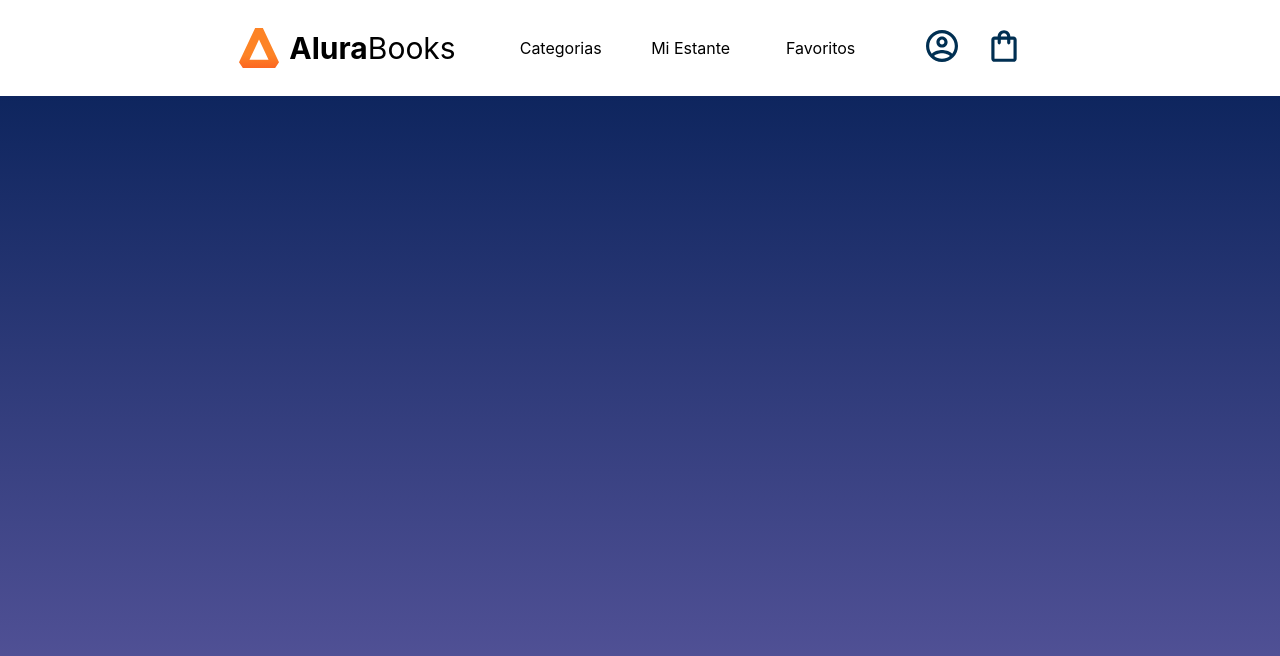
Repository: SandroG1977/Alura.Books
Page: /
The author's editor kept a copy of each file at every save. The page is drawn from the files as they stood at one save, then again after the next save.
The browser window is 1280 px wide. The pictures show the whole page.
The project was rebuilt for these pictures with package versions that can differ from the ones it lists, and the page was loaded fresh each time.

Above is the page before, as saved 2026-04-08 07:53:54.

After the next save:
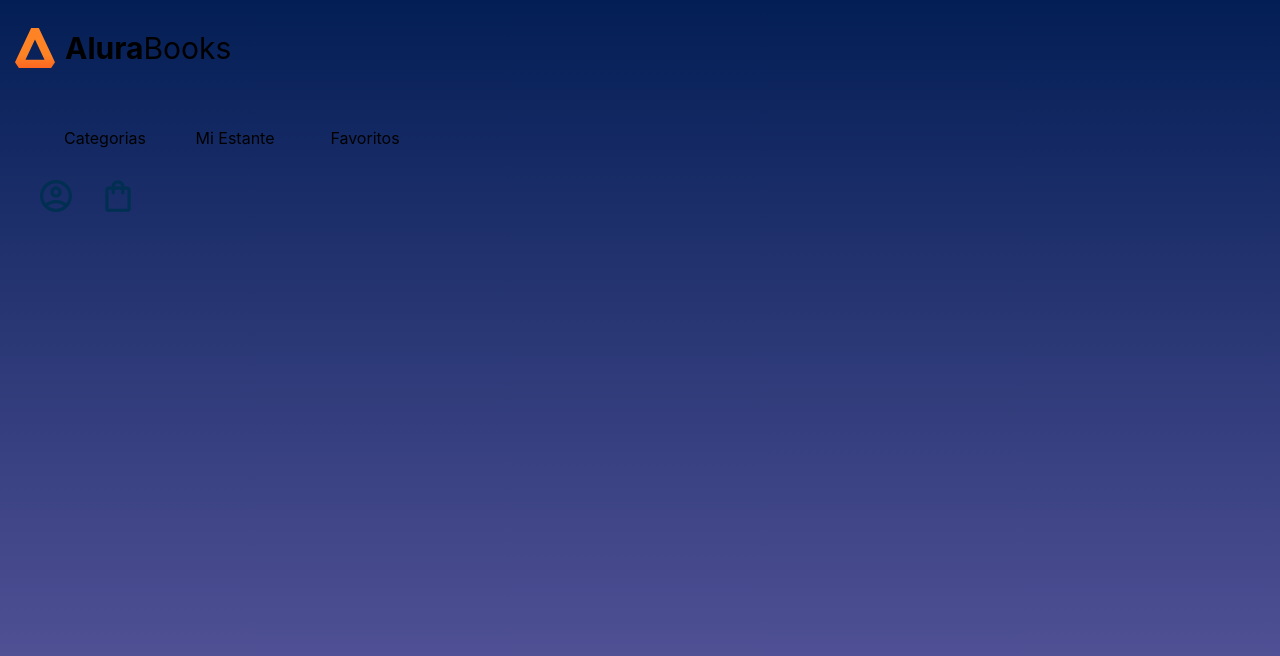
Saved 5 min 20 s later.
--- a/src/App.css
+++ b/src/App.css
@@ -4,11 +4,6 @@
 
 }
 
-.App-header {
-  background-color: white;
-  display: flex;
-  justify-content: center;
-}
 
 li{
     list-style: none;

After the save that followed:
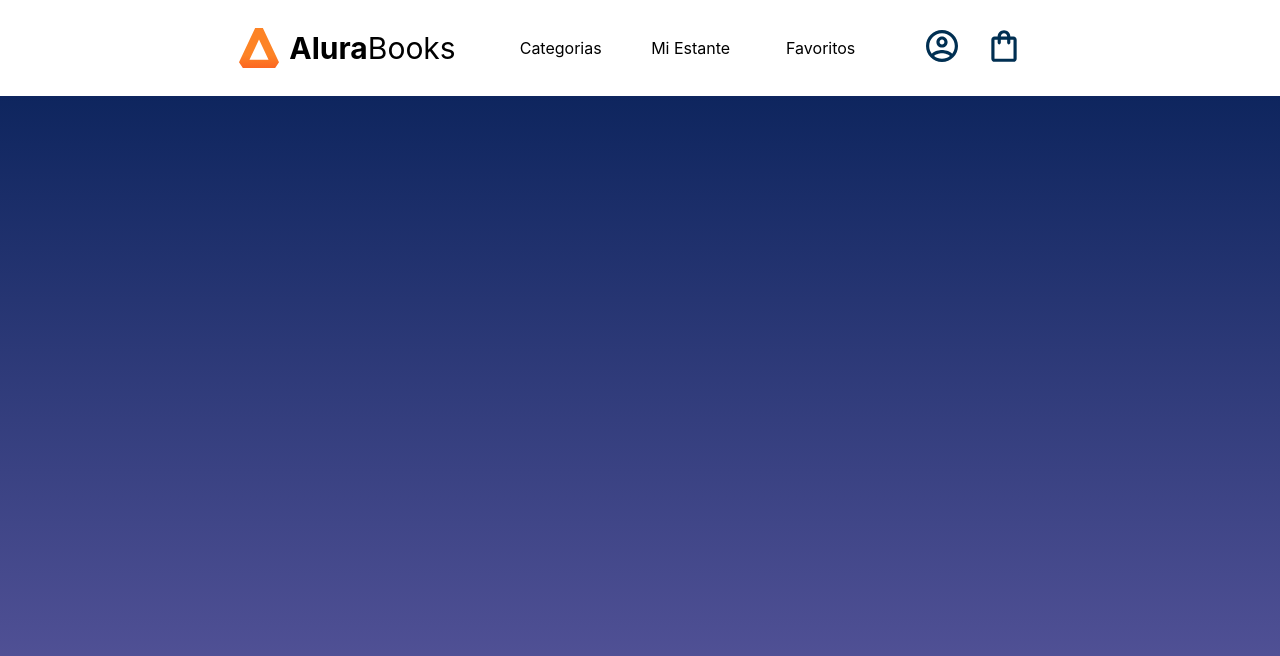
Saved 4 s later.
--- a/src/App.js
+++ b/src/App.js
@@ -1,18 +1,12 @@
 import './App.css';
-import IconesHeader from './components/IconosHeader';
-import OptionsHeader from './components/OptionsHeader';
-import Logo from './components/logo';
+import Header from './components/Header';
 
 
 
 function App() {
   return (
     <div className="App">
-      <header className="App-header">
-        <Logo />
-        <OptionsHeader />
-        <IconesHeader />
-      </header>
+      <Header />
     </div>
   );
 }
